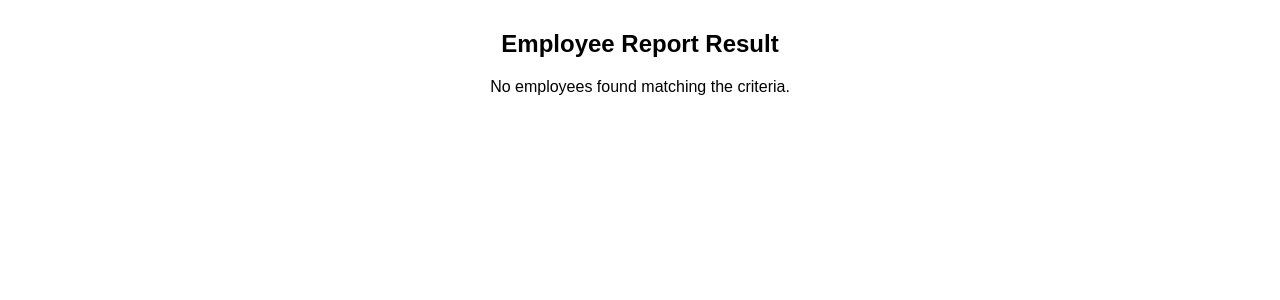
Repository: sweekrithishetty28/Employee_Salary_Management
Page: http://localhost/EmployeeWebApp/report_result.jsp
These files come from the project's save history. The page is drawn as it stood at one moment and after the next save; the edit follows.
The browser window is 1280 px wide. The pictures show the whole page.
The page is served by Tomcat 9.

Above is the page before, as saved 2025-05-27 23:51:36.

After the next save:
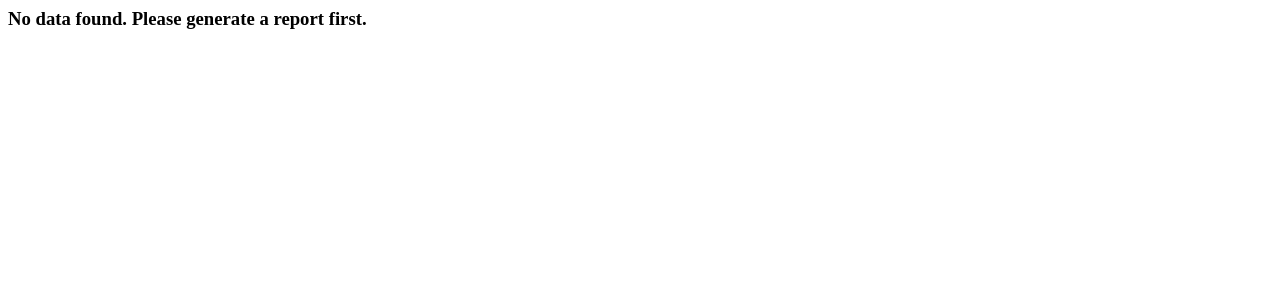
Saved 4 min 37 s later.
--- a/Employee Salary Mangement/EmployeeWebApp/src/main/webapp/report_result.jsp
+++ b/Employee Salary Mangement/EmployeeWebApp/src/main/webapp/report_result.jsp
@@ -1,69 +1,45 @@
-<%@ page language="java" contentType="text/html; charset=UTF-8" %>
-<%@ page import="java.util.*, com.model.Employee, com.dao.EmployeeDAO" %>
-<%@ page import="javax.servlet.http.*, javax.servlet.*" %>
+<%@ page import="java.util.List" %>
+<%@ page import="com.model.Employee" %>
 <%
     String action = request.getParameter("action");
-    List<Employee> reportList = null;
+    List<Employee> employees = (List<Employee>) session.getAttribute("filteredEmployees");
 
-    try {
-        if ("NameFilter".equals(action)) {
-            String startsWith = request.getParameter("startsWith");
-            reportList = EmployeeDAO.getEmployeesByNamePrefix(startsWith);
-        } else if ("ServiceFilter".equals(action)) {
-            int years = Integer.parseInt(request.getParameter("years"));
-            reportList = EmployeeDAO.getEmployeesByServiceYears(years);
-        } else if ("SalaryFilter".equals(action)) {
-            double salary = Double.parseDouble(request.getParameter("salary"));
-            reportList = EmployeeDAO.getEmployeesBySalary(salary);
-        }
-    } catch (Exception e) {
-        e.printStackTrace();
+    if (employees == null) {
+        out.println("<h3>No data found. Please generate a report first.</h3>");
+        return;
     }
 %>
-<!DOCTYPE html>
 <html>
-<head>
-    <title>Employee Report</title>
-    <style>
-        body { font-family: Arial; margin: 30px; }
-        table { width: 80%; margin: auto; border-collapse: collapse; }
-        th, td { padding: 12px; border: 1px solid #ccc; text-align: left; }
-        th { background-color: #f0f0f0; }
-    </style>
-</head>
+<head><title>Report Results</title></head>
 <body>
-    <h2 align="center">Employee Report Result</h2>
+<h2>Report Results</h2>
+
+<p>Filter Type: <b><%= action %></b></p>
+
+<table border="1" cellpadding="10" cellspacing="0">
+    <tr>
+        <th>Emp No</th>
+        <th>Name</th>
+        <th>Date of Joining</th>
+        <th>Gender</th>
+        <th>Salary</th>
+    </tr>
     <%
-        if (reportList != null && !reportList.isEmpty()) {
+        for(Employee e : employees) {
     %>
-        <table>
-            <tr>
-                <th>ID</th>
-                <th>Name</th>
-                <th>Salary</th>
-                <th>Date of Joining</th>
-                <th>Gender</th>
-            </tr>
-            <%
-                for (Employee emp : reportList) {
-            %>
-            <tr>
-                <td><%= emp.getId() %></td>
-                <td><%= emp.getName() %></td>
-                <td><%= emp.getSalary() %></td>
-                <td><%= emp.getDoj() %></td>
-                <td><%= emp.getGender() %></td>
-            </tr>
-            <%
-                }
-            %>
-        </table>
-    <%
-        } else {
-    %>
-        <p align="center">No employees found matching the criteria.</p>
+    <tr>
+        <td><%= e.getId() %></td>
+        <td><%= e.getName() %></td>
+        <td><%= e.getDoj() %></td>
+        <td><%= e.getGender() %></td>
+        <td><%= e.getSalary() %></td>
+    </tr>
     <%
         }
     %>
+</table>
+
+<a href="report_form.jsp?action=<%=action%>">← Back to Filter</a>
+
 </body>
 </html>
